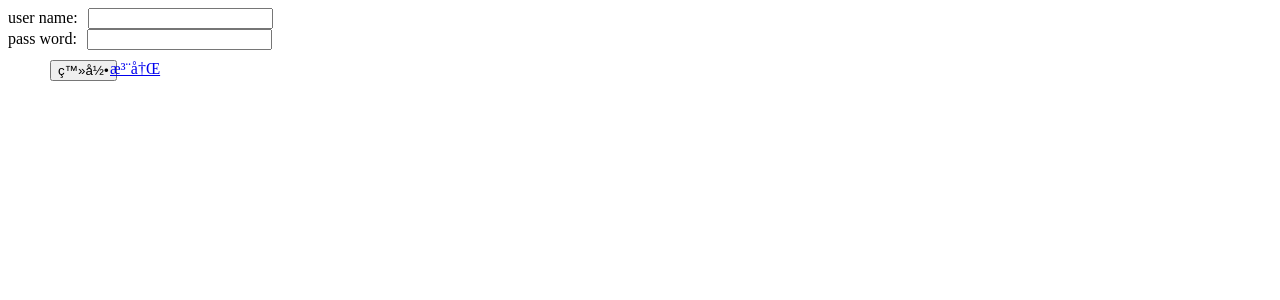
Repository: parasol1102/qd-cangku
Page: http://localhost/shop/text.jsp
These files come from the project's save history. The page is drawn as it stood at one moment and after the next save; the edit follows.
The browser window is 1280 px wide. The pictures show the whole page.
The page is served by Tomcat 9. Other server files are loaded and not shown.

Above is the page before, as saved 2020-07-02 07:09:10.

### ec work/shop/WebContent/text.jsp
<%@ page language="java" contentType="text/html; charset=ISO-8859-1"
    pageEncoding="ISO-8859-1"%>
<!DOCTYPE html>
<html>
<head>
<meta http-equiv="Content-Type" content="text/html; charset=UTF-8">
<title>use Eclipse to set a JSP</title>
</head>
<body>
<form action="/chapter04/succes">
   user name:<input name="name" style="margin-left:10px;"><br>
   pass word:<input name="password" style="margin-left:10px;"><br>
    <input type="submit" value="登录" style="position: absolute; left: 50px; top:60px;">
    </form>

    <a style="position: absolute; left: 110px; top:60px;" href='/chapter04/register.jsp' >注册</a>
</body>
</html>

After the next save:
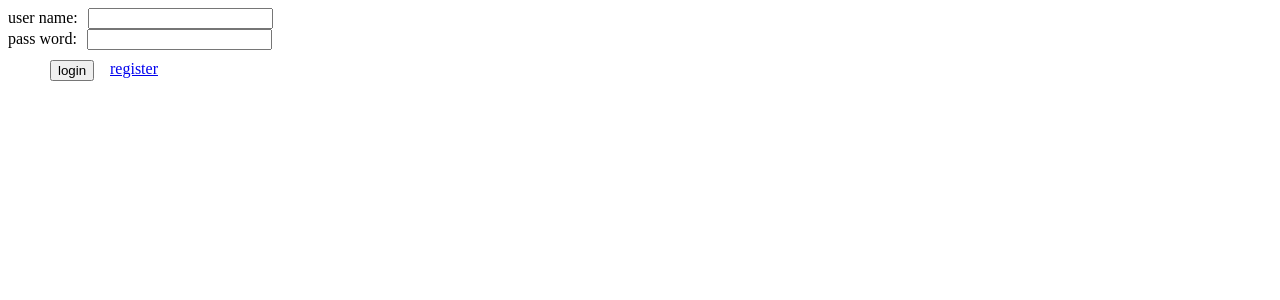
Saved 2 min 53 s later.
--- a/ec work/shop/WebContent/text.jsp
+++ b/ec work/shop/WebContent/text.jsp
@@ -10,9 +10,9 @@
 <form action="/chapter04/succes">
    user name:<input name="name" style="margin-left:10px;"><br>
    pass word:<input name="password" style="margin-left:10px;"><br>
-    <input type="submit" value="登录" style="position: absolute; left: 50px; top:60px;">
+    <input type="button" value="login" style="position: absolute; left: 50px; top:60px;" onClick="location.href='right.jsp'">
     </form>
 
-    <a style="position: absolute; left: 110px; top:60px;" href='/chapter04/register.jsp' >注册</a>
+    <a style="position: absolute; left: 110px; top:60px;" href='/chapter04/register.jsp' onClick="location.href='login.jsp'">register</a>
 </body>
 </html>
